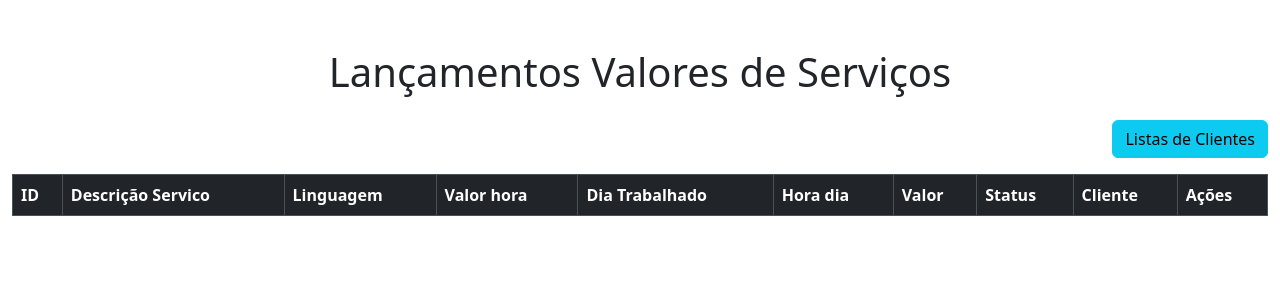
Repository: claudinez/kaspper-projeto-orcamento
Page: http://localhost/servicos/lista
An editor plug-in stored every save of this project. The page is shown before and after the next save, followed by the edit.
The browser window is 1280 px wide. The pictures show the whole page.
The page is this project's Thymeleaf template; nobody is signed in. The template is opened directly, without the code that normally fills it, so the values that code supplies are empty.

Above is the page before, as saved 2025-01-22 19:47:04.

After the next save:
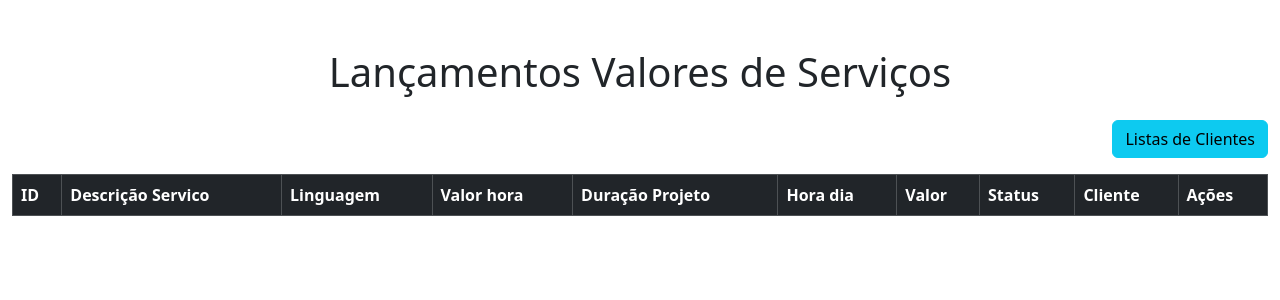
Saved 5 min 40 s later.
--- a/projeto_kaspper_back_end-main/sistema_servicos/sistema_servicos/src/main/resources/templates/servicos/lista.html
+++ b/projeto_kaspper_back_end-main/sistema_servicos/sistema_servicos/src/main/resources/templates/servicos/lista.html
@@ -22,7 +22,7 @@
                     <th>Descrição Servico</th>
                     <th>Linguagem</th>
                     <th>Valor hora</th>
-                    <th>Dia Trabalhado</th>
+                    <th>Duração Projeto</th>
                     <th>Hora dia</th>
                     <th>Valor</th>
                     <th>Status</th>
